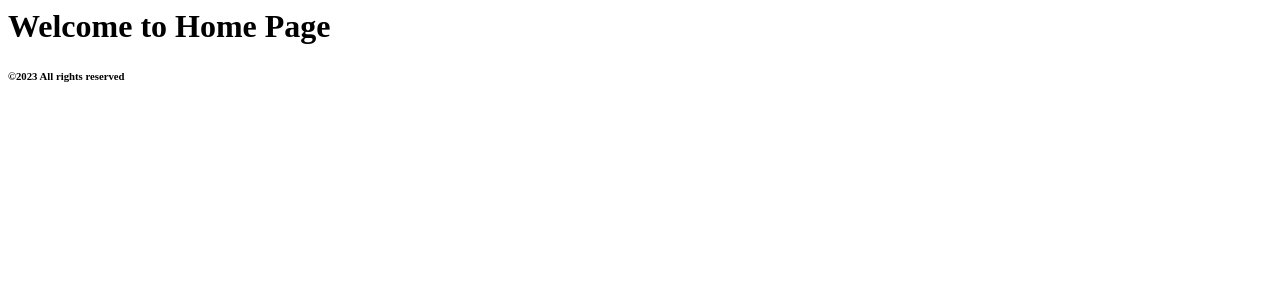
Repository: andrew1092/ExpressPet
Page: http://localhost/
The author's editor kept a copy of each file at every save. The page is drawn from the files as they stood at one save, then again after the next save.
The browser window is 1280 px wide. The pictures show the whole page.
The page is served by the project's Node server (server.js). Other server files are loaded and not shown.

Above is the page before, as saved 2023-05-26 13:37:47.

### app/views/index.ejs

    <!--<img src="img/logo.png" alt="logo">-->

<main class="ontainer">
<div class="jumbotron">

    <h1>Welcome to <%= title %> Page</h1>
    </div>
</main>

<footer>
      <nav class="navbar fixed-bottom navbar-dark bg-dark">

    <h6 class="display-6 navbar-text">&copy;2023 All rights reserved</h6>
    </div>
    </nav>
  </footer>

### server.js
process.env.NODE_ENV = process.env.NODE_ENV || 'development';
var express = require('./config/express');
var app = express();
app.listen(3000);
module.exports = app;

console.log('Server running at http://localhost:3000/');

### app/routes/index.server.routes.js
var express = require('express');
var router = express.Router();

/* GET home page. */
router.get('/', function(req, res, next) {
  res.render('index', { title: 'Home' });
});

router.get('/about', function(req, res, next) {
  res.render('about', { title: 'About' });
});
router.get('/products', function(req, res, next) {
  res.render('products', { title: 'Products' });
});
router.get('/contact', function(req, res, next) {
  res.render('contact', { title: 'Contact' });
});
router.get('/services', function(req, res, next) {
  res.render('services', { title: 'Services' });
});

module.exports = router;

After the next save:
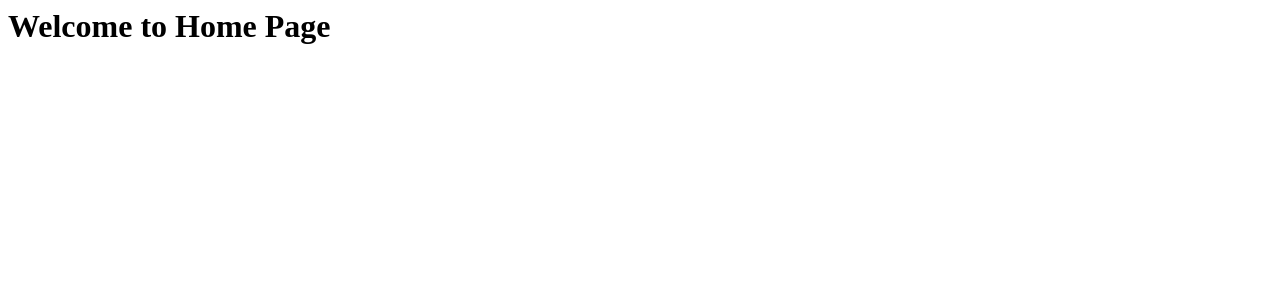
Saved 86 s later.
--- a/app/views/index.ejs
+++ b/app/views/index.ejs
@@ -7,11 +7,3 @@
     <h1>Welcome to <%= title %> Page</h1>
     </div>
 </main>
-
-<footer>
-      <nav class="navbar fixed-bottom navbar-dark bg-dark">
-
-    <h6 class="display-6 navbar-text">&copy;2023 All rights reserved</h6>
-    </div>
-    </nav>
-  </footer>
